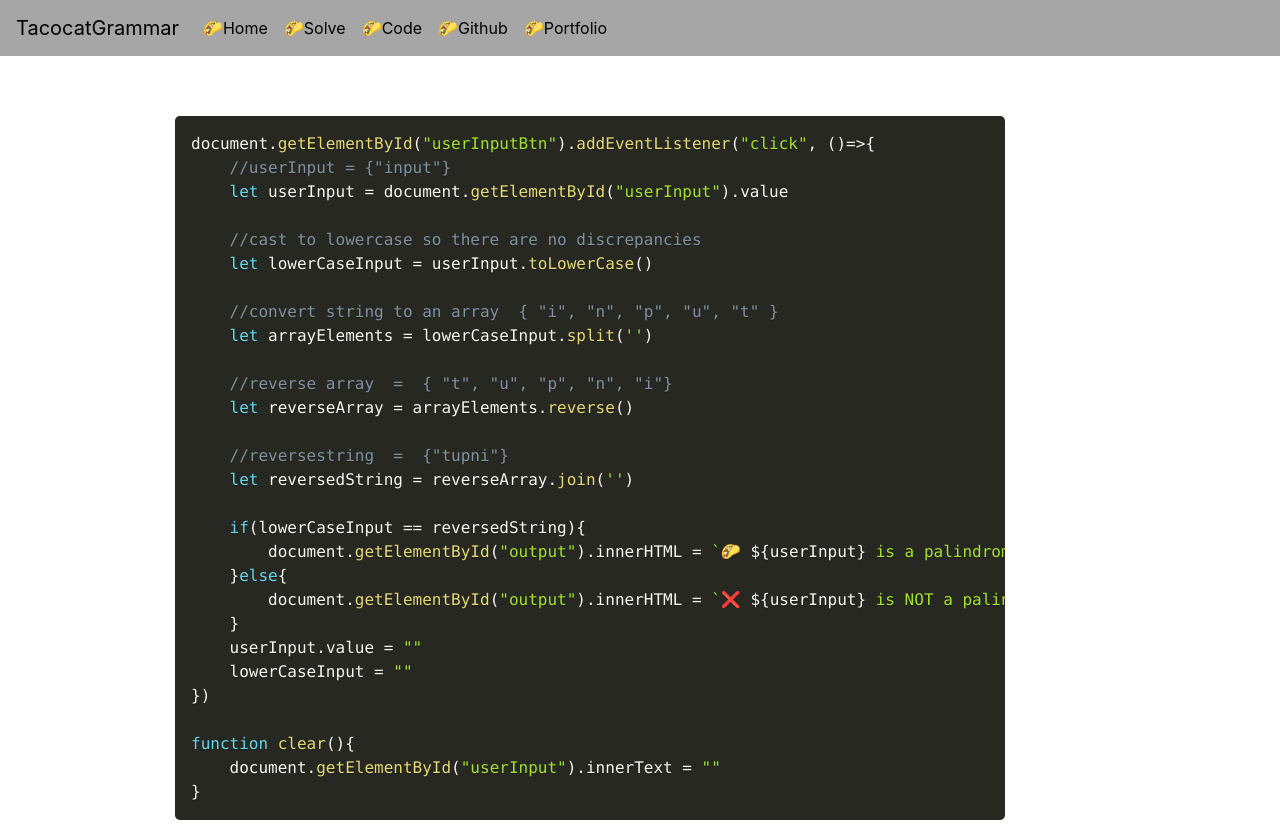
Repository: zhadjah9559/TacocatGrammar
Page: code.html
An editor plug-in stored every save of this project. The page is shown before and after the next save, followed by the edit.
The browser window is 1280 px wide. The pictures show the whole page.

Above is the page before, as saved 2021-01-30 00:16:36.
Console error: TypeError: Cannot read properties of null (reading 'addEventListener')

After the next save:
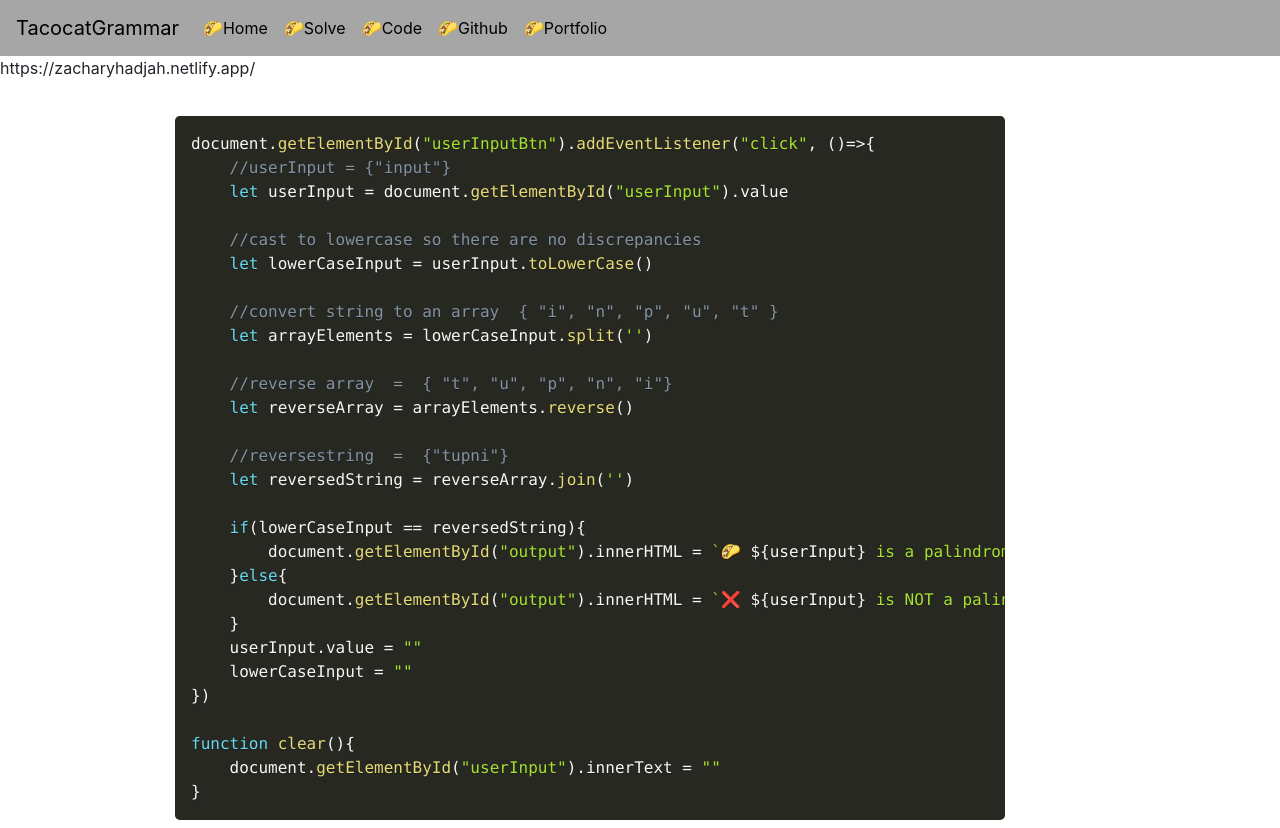
Saved 71 s later.
--- a/code.html
+++ b/code.html
@@ -38,7 +38,7 @@
         </div>
     </nav>
 
-
+    https://zacharyhadjah.netlify.app/
     <div class="container">
         <div class="row">
             <div class="col">

After the save that followed:
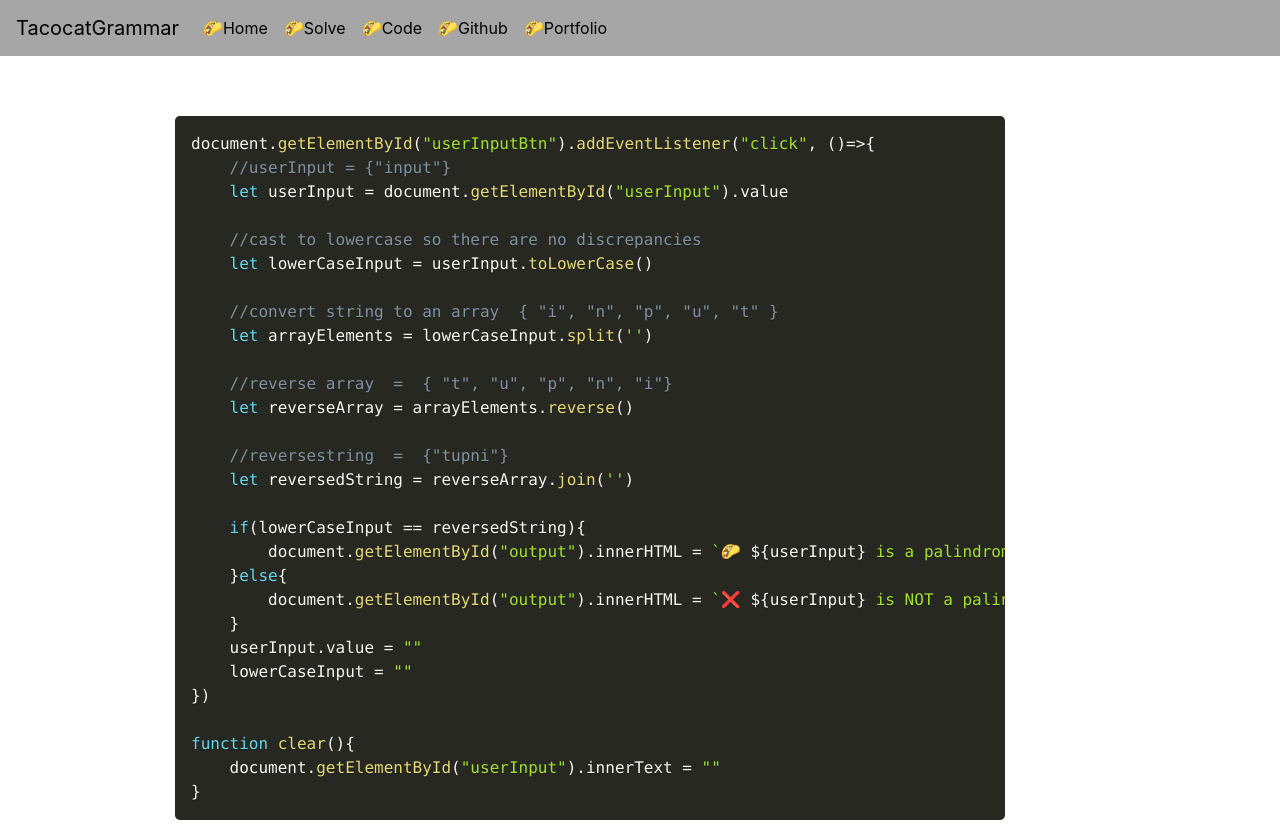
Saved 6 s later.
--- a/code.html
+++ b/code.html
@@ -38,7 +38,7 @@
         </div>
     </nav>
 
-    https://zacharyhadjah.netlify.app/
+
     <div class="container">
         <div class="row">
             <div class="col">
